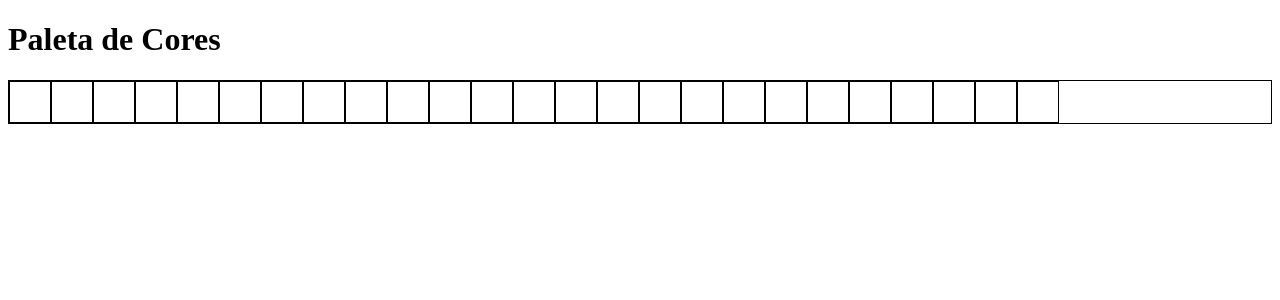
Repository: MuriloColleti/project-Pixer-Art
Page: index.html
An editor plug-in stored every save of this project. The page is shown before and after the next save, followed by the edit.
The browser window is 1280 px wide. The pictures show the whole page.

Above is the page before, as saved 2024-02-05 16:01:56.

### index.html
<!DOCTYPE html>
<html lang="en">
<head>
    <meta charset="UTF-8">
    <meta name="viewport" content="width=device-width, initial-scale=1.0">
    <link rel="stylesheet" href="style.css">
    <title>Paleta de Cores</title>
</head>

<body>
    <header> <h1 id="title"> Paleta de Cores </h1> </header>

    <main id="pixel-board"></main>

</body>

<script src="script.js"></script>

</html>

### style.css
.black{
    background-color: black;
}

.blue{
    background-color: blue;
}

.yellow{
    background-color: red;
}

.green{
    background-color: green;
}

.pixel{
    width: 40px;
    height: 40px;
    border: 1px solid black;
}

#pixel-board{
    border: 1px solid black;

    display: flex;
    box-sizing: 200px;
}

### script.js
var pixeltable = document.getElementById('pixel-board');

//var newPixel = document.createElement("div")

//newPixel.classList.add("pixel")

//pixel.appendChild(newPixel);

for(index = 0; index < 25; index += 1){

    var newPixel = document.createElement('div')
    newPixel.classList.add('pixel')
    pixeltable.appendChild(newPixel);

}

After the next save:
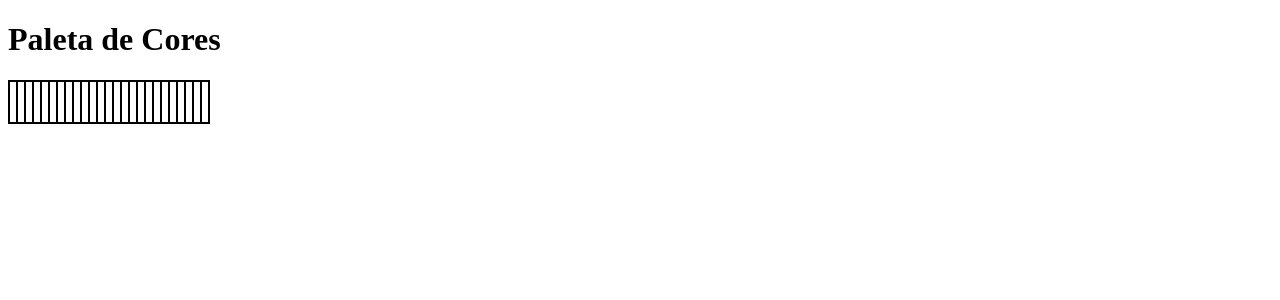
Saved 31 s later.
--- a/style.css
+++ b/style.css
@@ -24,5 +24,5 @@
     border: 1px solid black;
 
     display: flex;
-    box-sizing: 200px;
+    max-width: 200px;
 }
